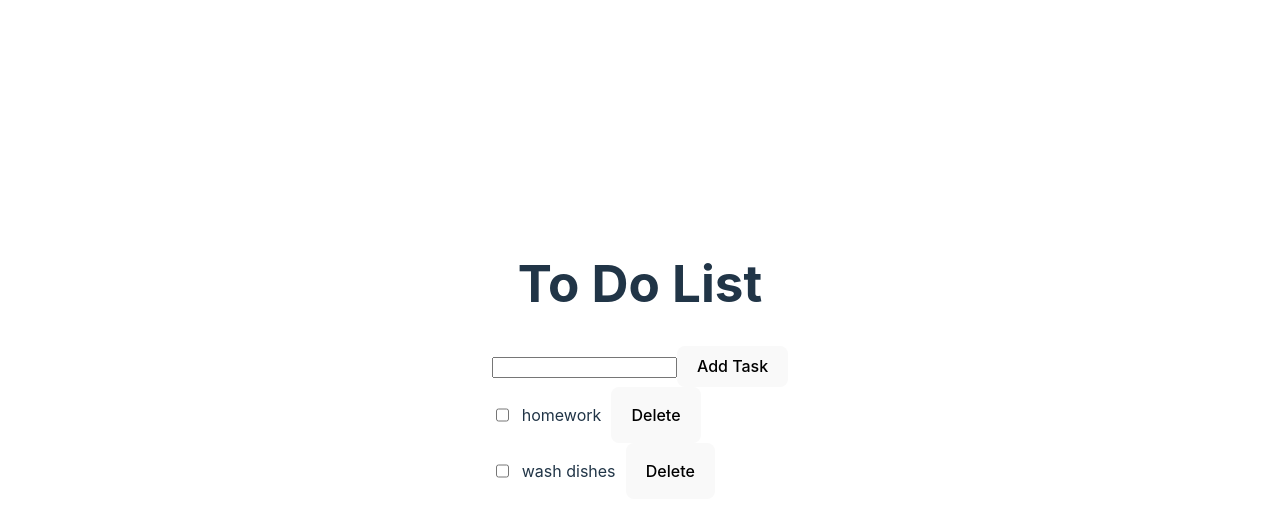
Repository: Jennica1/FRONT_END_WEEK06
Page: / (app in react/)
The author's editor kept a copy of each file at every save. The page is drawn from the files as they stood at one save, then again after the next save.
The browser window is 1280 px wide. The pictures show the whole page.
The project was rebuilt for these pictures with package versions that can differ from the ones it lists, and the page was loaded fresh each time. Also part of the build but not shown: react/vite.config.js.

Above is the page before, as saved 2024-10-10 15:33:43.

After the next save:
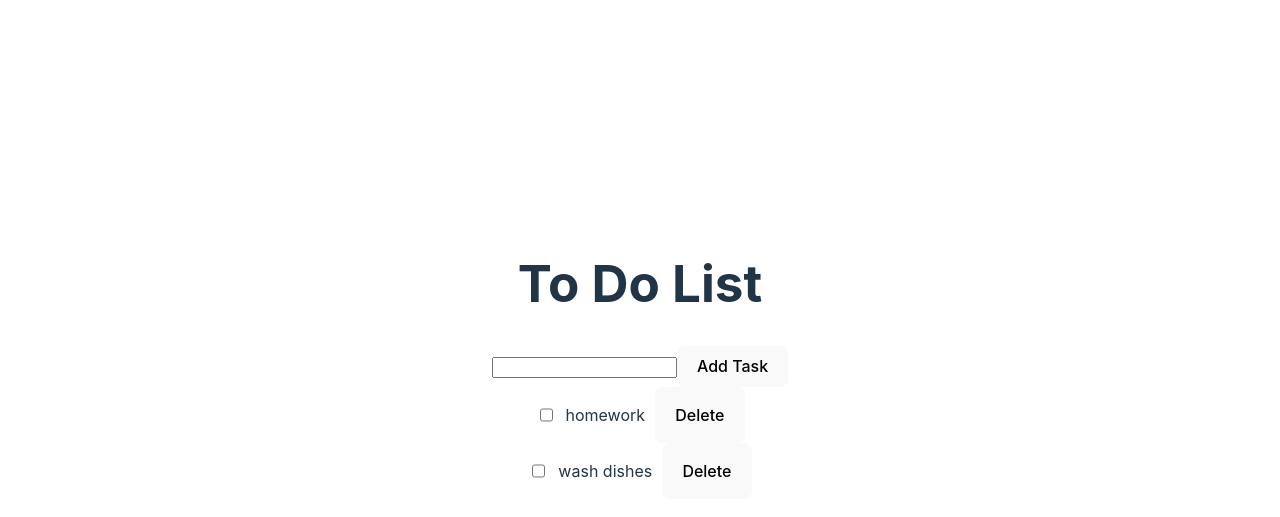
Saved 16 s later.
--- a/react/src/components/TaskForm.jsx
+++ b/react/src/components/TaskForm.jsx
@@ -47,7 +47,7 @@ function TaskForm() {
   }
 
   const newListUI = tasks.map((task) => (
-    <div key={task.id} style={{ display: 'flex',  gap: '10px' }}>
+    <div key={task.id} style={{ display: 'flex', justifyContent: 'center', gap: '10px' }}>
       <input
         type="checkbox"
         checked={task.completed}
